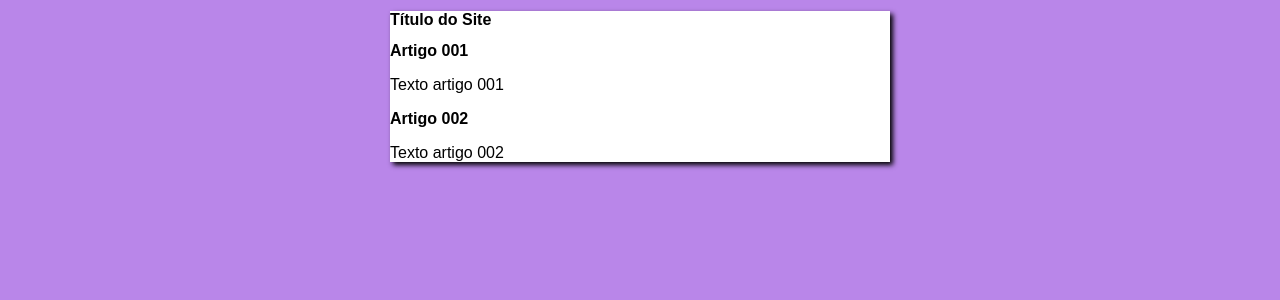
Repository: hbrunobrito/projeto-site
Page: index.html
An editor plug-in stored every save of this project. The page is shown before and after a run of saves, followed by the edit.
The browser window is 1280 px wide. The pictures show the whole page.

Above is the page before, as saved 2024-03-29 09:09:49.

After the next 2 saves:
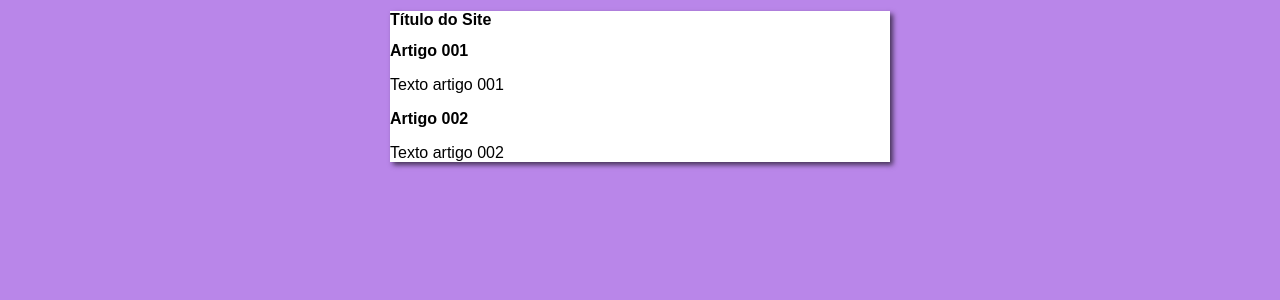
The 2 saves are shown as one change because they came seconds apart.
The last was saved 21 s later.
--- a/estilos/style.css
+++ b/estilos/style.css
@@ -12,5 +12,5 @@ main {
     background-color: white;
     width: 500px;
     margin: auto;
-    box-shadow: 3px 3px 5px black;
+    box-shadow: 3px 3px 5px rgba(0, 0, 0, 0.623);
 }
